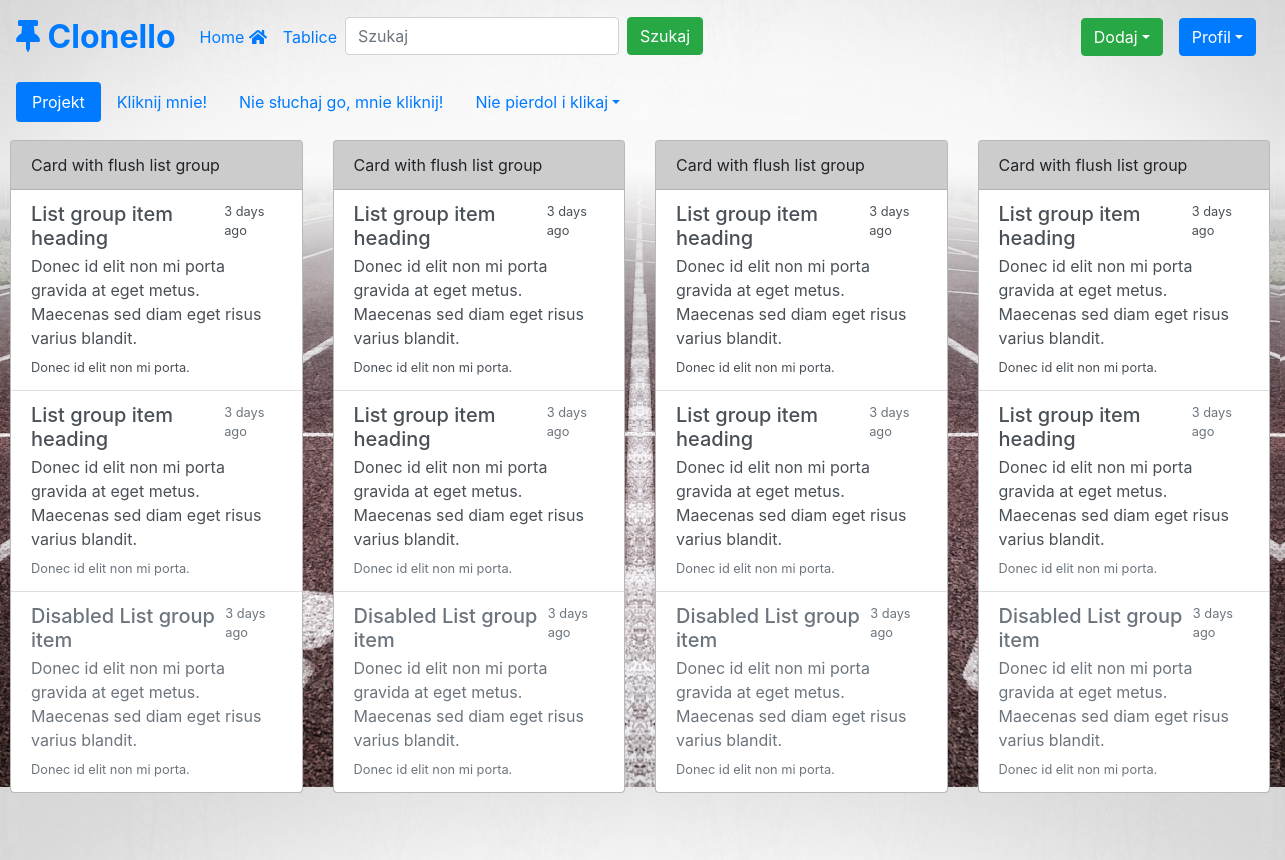
Repository: jnehlt/PAW-lab
Page: / (app in Frontend/clonello/)
The author's editor kept a copy of each file at every save. The page is drawn from the files as they stood at one save, then again after a run of saves.
The browser window is 1280 px wide. The page is 1285 px wide, so the pictures cover 1285 px, including what lies to the right of the window. The pictures show the whole page.
The project was rebuilt for these pictures with package versions that can differ from the ones it lists, and the page was loaded fresh each time.

Above is the page before, as saved 2020-04-24 23:48:15.

After the next 2 saves:
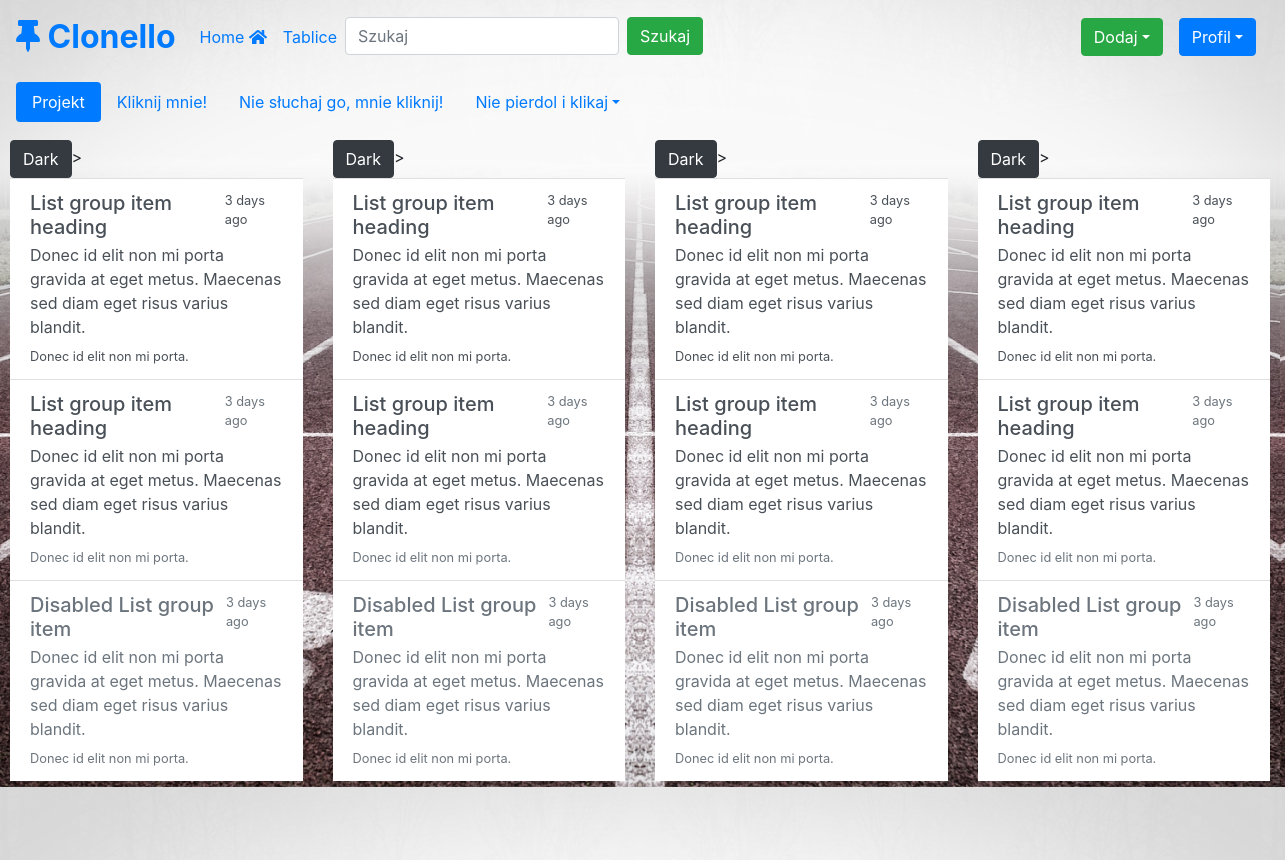
The 2 saves are shown as one change because they came seconds apart.
The last was saved 5 s later.
--- a/Frontend/clonello/src/components/MainCard.vue
+++ b/Frontend/clonello/src/components/MainCard.vue
@@ -1,6 +1,6 @@
 <template>
         <div class="col-3 col-md-3 col-sm-3">
-            <b-card id="duties-card" no-body header="Card with flush list group">
+            <b-card id="duties-card" no-body header="Card with flush list group" <b-button variant="dark">Dark</b-button>>
                 <b-list-group flush="">
                     <b-list-group-item href="#" class="flex-column align-items-start">
                         <div class="d-flex w-100 justify-content-between">
